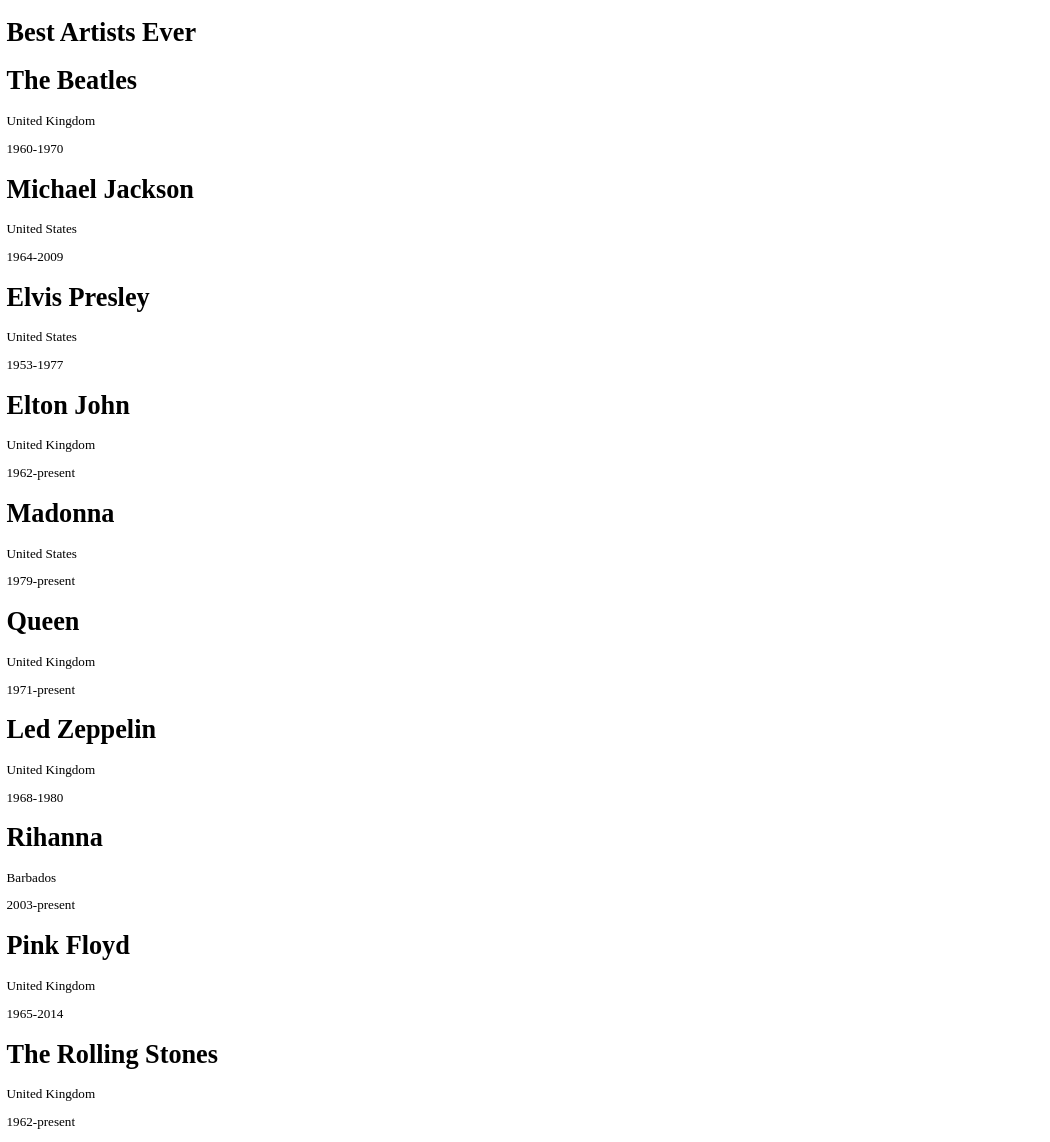
Repository: Jennica1/FRONTEND-LAB2
Page: /
These files come from the project's save history. The page is drawn as it stood at one moment and after a run of saves; the edit follows.
The browser window is 1280 px wide. The pictures show the whole page, at 82% of full size.
The project was rebuilt for these pictures with package versions that can differ from the ones it lists, and the page was loaded fresh each time. Also part of the build but not shown: vite.config.js, src/index.css.

Above is the page before, as saved 2024-09-18 08:55:44.

### src/App.jsx
import React from 'react';
import { artists } from './best-selling-music-artists';
import ArtistDetails from './components/ArtistDetails';
import Header from './components/Header';

function App() {
  return (
    <div className="app">
      <Header/>
      {artists.map((artist, index) => (
        <ArtistDetails key={index} artist={artist} />
      ))}
    </div>
  );
}

export default App;

### src/best-selling-music-artists.js
export const artists = [
    {
        name: 'The Beatles',
        photo_url: "https://upload.wikimedia.org/wikipedia/commons/9/9f/Beatles_ad_1965_just_the_beatles_crop.jpg",
        country: "United Kingdom",
        years_active: "1960-1970",
    },
    {
        name: 'Michael Jackson',
        photo_url: "https://upload.wikimedia.org/wikipedia/commons/8/83/Michael_Jackson_Dangerous_World_Tour_1993_cropped.png",
        country: "United States",
        years_active: "1964-2009",
    },
    {
        name: 'Elvis Presley',
        photo_url: "https://upload.wikimedia.org/wikipedia/commons/1/16/Elvis_Presley_1973_RCA_Records_and_Tapes_publicity_2_-_cropped.png",
        country: "United States",
        years_active: "1953-1977",
    },
    {
        name: 'Elton John',
        photo_url: "https://upload.wikimedia.org/wikipedia/commons/7/74/Elton_John_1980.png",
        country: "United Kingdom",
        years_active: "1962-present",
    },
    {
        name: 'Madonna',
        photo_url: "https://upload.wikimedia.org/wikipedia/commons/4/47/Madonna_II_A_1_%28cropped%29.jpg",
        country: "United States",
        years_active: "1979-present",
    },
    {
        name: 'Queen',
        photo_url: "https://upload.wikimedia.org/wikipedia/commons/a/ac/FreddieMercuryNov1977.jpg",
        country: "United Kingdom",
        years_active: "1971-present",
    },
    {
        name: 'Led Zeppelin',
        photo_url: "https://upload.wikimedia.org/wikipedia/commons/c/cc/Robert_Plant_at_the_Palace_Theatre%2C_Manchester.jpg",
        country: "United Kingdom",
        years_active: "1968-1980",
    },
    {
        name: 'Rihanna',
        photo_url: "https://upload.wikimedia.org/wikipedia/commons/b/b3/Rihanna_concert_in_Washington_DC_%28cropped%29.jpg",
        country: "Barbados",
        years_active: "2003-present",
    },
    {
        name: 'Pink Floyd',
        photo_url: "https://upload.wikimedia.org/wikipedia/commons/f/f2/David_Gilmour_Argentina_2015_%28cropped%29.jpg",
        country: "United Kingdom",
        years_active: "1965-2014",
    },
    {
        name: 'The Rolling Stones',
        photo_url: "https://upload.wikimedia.org/wikipedia/commons/0/06/Keith_Richards%2C_Mick_Jagger_performing_with_Rolling_Stones_at_Prudential_Center_2012-12-13.jpg",
        country: "United Kingdom",
        years_active: "1962-present",
    },
];

### src/components/ArtistDetails.jsx
// ArtistDetails.jsx
import React from "react";

function ArtistDetails({ artist }) {
  return (
    <div>
      <h1>{artist.name}</h1>
      <p>{artist.country}</p>
      <p>{artist.years_active}</p>
    </div>
  );
}

export default ArtistDetails;

### src/components/Header.jsx
export default function Header() {
    return(
        <div className="header">
            <h1>Best Artists Ever</h1>
        </div>
    )
}

Loaded but not shown: index.html (common file); src/main.jsx (common file)

After the next 2 saves:
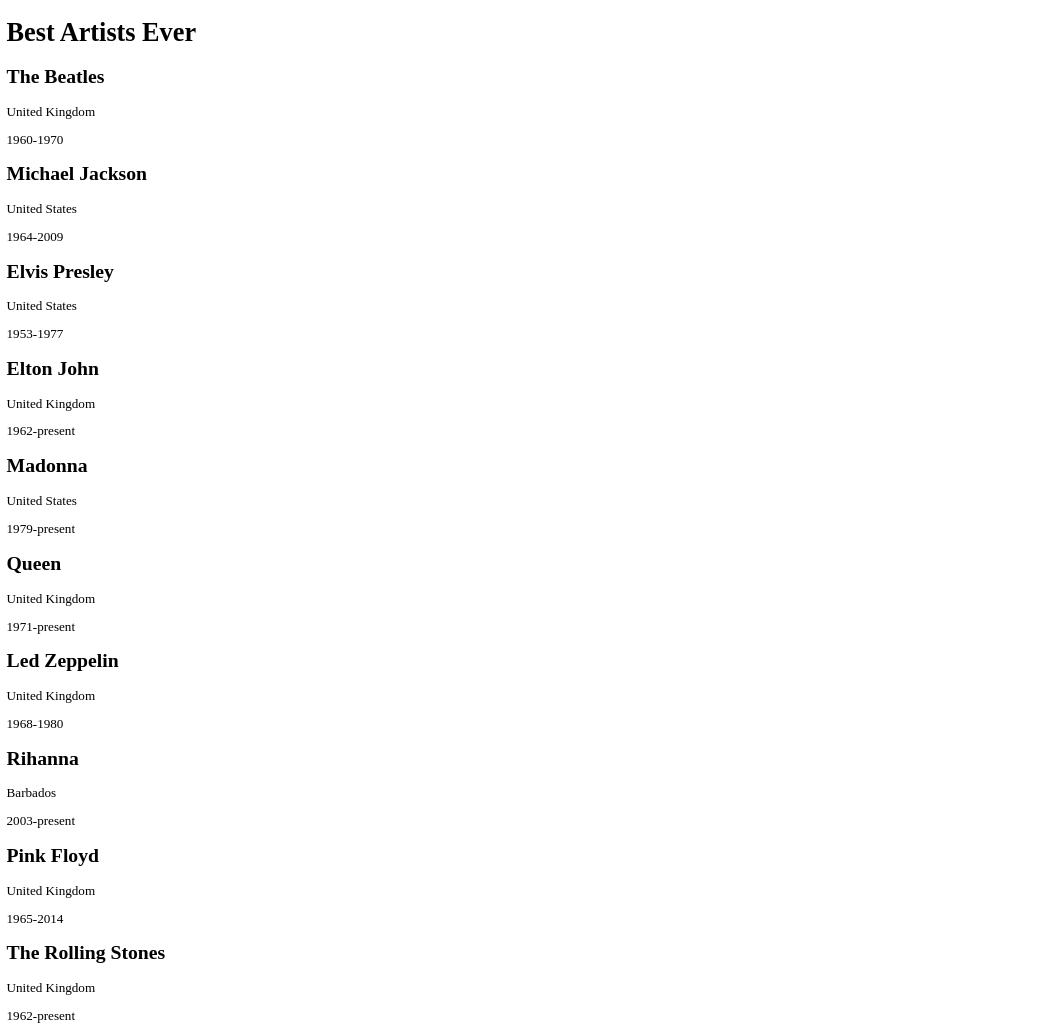
The 2 saves are shown as one change because they came seconds apart.
The last was saved 10 s later.
--- a/src/components/ArtistDetails.jsx
+++ b/src/components/ArtistDetails.jsx
@@ -4,7 +4,7 @@
 function ArtistDetails({ artist }) {
   return (
     <div>
-      <h1>{artist.name}</h1>
+      <h2>{artist.name}</h2>
       <p>{artist.country}</p>
       <p>{artist.years_active}</p>
     </div>
